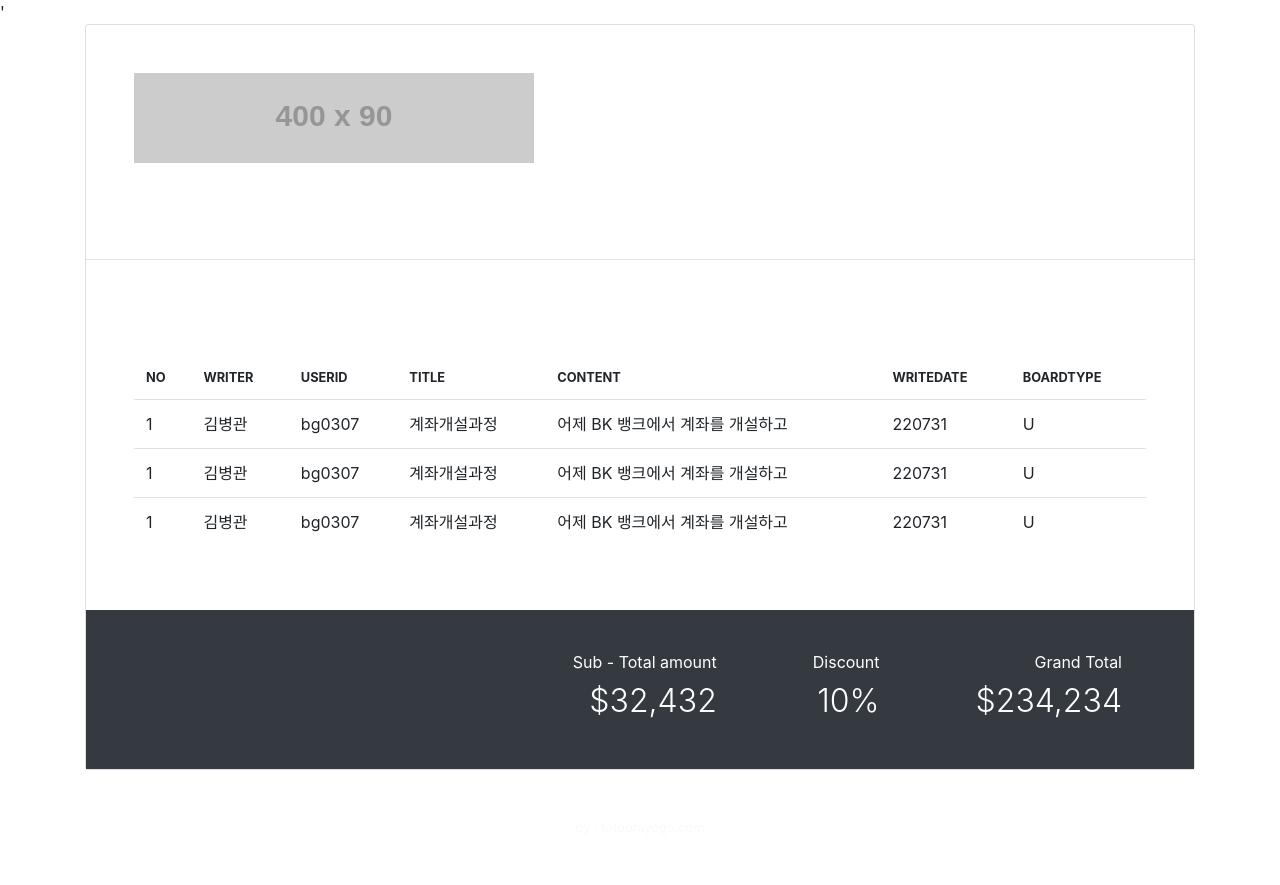
Repository: kim-byoungkwan/OpenBanking
Page: http://localhost/SemiFinalProject/jsp/board/boardList.jsp
These files come from the project's save history. The page is drawn as it stood at one moment and after the next save; the edit follows.
The browser window is 1280 px wide. The pictures show the whole page.
Some web libraries are served in a nearby version. The page is served by Tomcat 9. Other server files are loaded and not shown.

Above is the page before, as saved 2022-07-31 15:56:59.
Console error: TypeError: Cannot read properties of undefined (reading 'fn')

### SemiFinalProject/src/main/webapp/jsp/board/boardList.jsp
<%@ page language="java" contentType="text/html; charset=UTF-8"
    pageEncoding="UTF-8"%>
<%@taglib prefix="c" uri="http://java.sun.com/jsp/jstl/core" %>

<!DOCTYPE html>
<html>

<head>
<meta charset="ISO-8859-1">
<title>Insert title here</title>
<link href="//maxcdn.bootstrapcdn.com/bootstrap/4.1.1/css/bootstrap.min.css" rel="stylesheet" id="bootstrap-css">
<script src="//maxcdn.bootstrapcdn.com/bootstrap/4.1.1/js/bootstrap.min.js"></script>

<script src="//cdnjs.cloudflare.com/ajax/libs/jquery/3.2.1/jquery.min.js"></script>

<script >
	function writeForm(){
		location.href='${ pageContext.request.contextPath }/board/writeForm.do';
	}

</script>


</head>

<body>'
<div class="container">
    <div class="row">
        <div class="col-12">
            <div class="card">
                <div class="card-body p-0">
                    <div class="row p-5">
                        <div class="col-md-6">
                            <img src="http://via.placeholder.com/400x90?text=logo">
                        </div>

                    </div>

                    <hr class="my-5">

                    <div class="row p-5">
                        <div class="col-md-12">

                            <table class="table">

                                <thead>
                                    <tr>
                                        <th class="border-0 text-uppercase small font-weight-bold">No</th>
                                        <th class="border-0 text-uppercase small font-weight-bold">Writer</th>
                                        <th class="border-0 text-uppercase small font-weight-bold">UserId</th>
                                        <th class="border-0 text-uppercase small font-weight-bold">Title</th>
                                        <th class="border-0 text-uppercase small font-weight-bold">Content</th>
                                        <th class="border-0 text-uppercase small font-weight-bold">WriteDate</th>
                                        <th class="border-0 text-uppercase small font-weight-bold">BoardType</th>
                                    </tr>
                                </thead>

                                <tbody>
                                    <tr>
                                        <td>1</td>
                                        <td>김병관</td>
                                        <td>bg0307</td>
                                        <td>계좌개설과정</td>
                                        <td>어제 BK 뱅크에서 계좌를 개설하고</td>
                                        <td>220731</td>
                                        <td>U</td>
                                    </tr>
                                    <tr>
                                        <td>1</td>
                                        <td>김병관</td>
                                        <td>bg0307</td>
                                        <td>계좌개설과정</td>
                                        <td>어제 BK 뱅크에서 계좌를 개설하고</td>
                                        <td>220731</td>
                                        <td>U</td>
                                    </tr>
                                    <tr>
                                        <td>1</td>
                                        <td>김병관</td>
                                        <td>bg0307</td>
                                        <td>계좌개설과정</td>
                                        <td>어제 BK 뱅크에서 계좌를 개설하고</td>
                                        <td>220731</td>
                                        <td>U</td>
                                    </tr>
                                </tbody>

                            </table>

                        </div>
                    </div>

                    <div class="d-flex flex-row-reverse bg-dark text-white p-4">
                        <div class="py-3 px-5 text-right">
                            <div class="mb-2">Grand Total</div>
                            <div class="h2 font-weight-light">$234,234</div>
                        </div>

                        <div class="py-3 px-5 text-right">
                            <div class="mb-2">Discount</div>
                            <div class="h2 font-weight-light">10%</div>
                        </div>

                        <div class="py-3 px-5 text-right">
                            <div class="mb-2">Sub - Total amount</div>
                            <div class="h2 font-weight-light">$32,432</div>
                        </div>
                    </div>
                </div>
            </div>
        </div>
    </div>

    <div class="text-light mt-5 mb-5 text-center small">by : <a class="text-light" target="_blank" href="http://totoprayogo.com">totoprayogo.com</a></div>

</div>


</body>
</html>

After the next save:
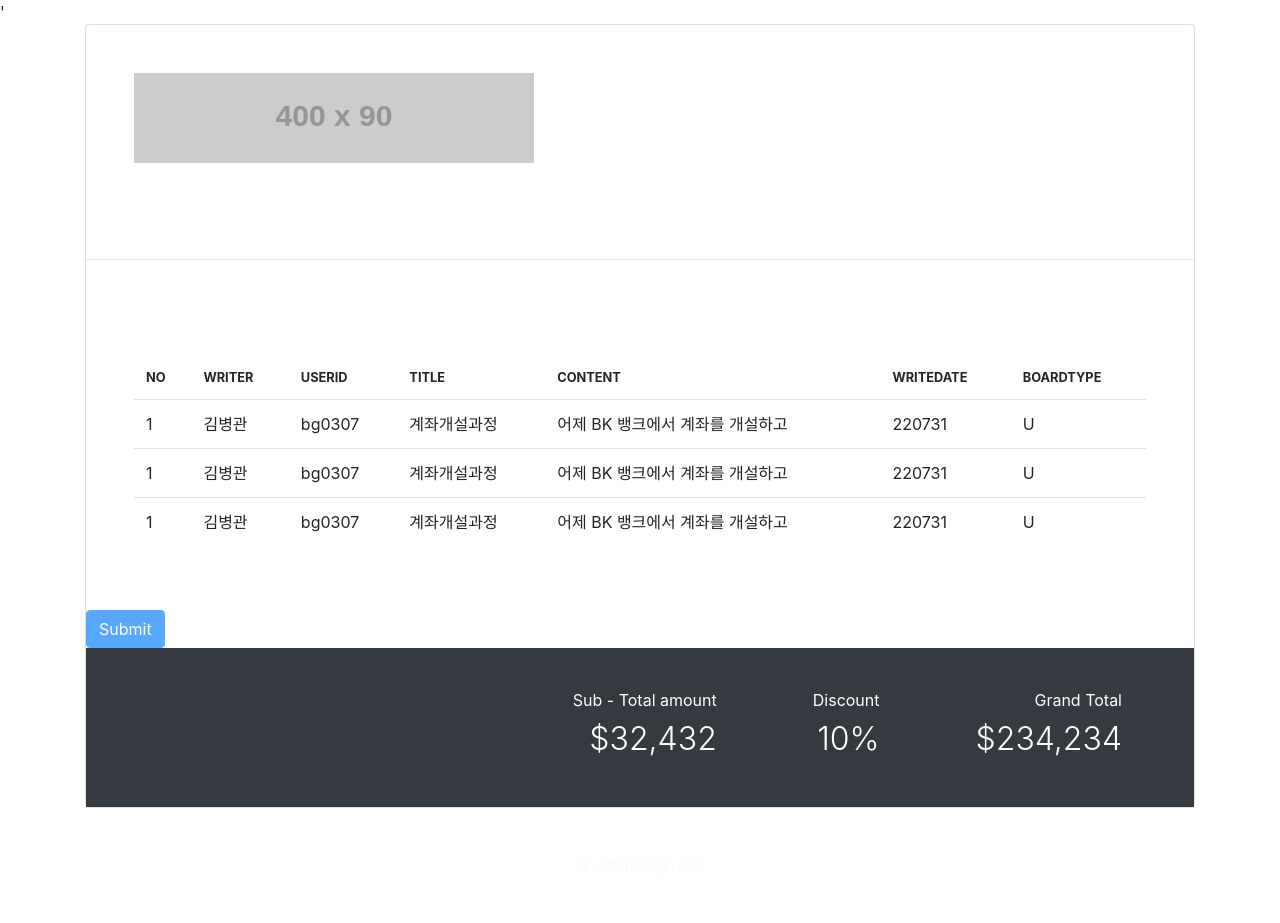
Saved 15 s later.
--- a/SemiFinalProject/src/main/webapp/jsp/board/boardList.jsp
+++ b/SemiFinalProject/src/main/webapp/jsp/board/boardList.jsp
@@ -90,6 +90,9 @@
                         </div>
                     </div>
 
+                    <div class="d-grid"><button class="btn btn-primary btn-xl disabled" id="submitButton" type="submit">Submit</button></div>
+
+
                     <div class="d-flex flex-row-reverse bg-dark text-white p-4">
                         <div class="py-3 px-5 text-right">
                             <div class="mb-2">Grand Total</div>
